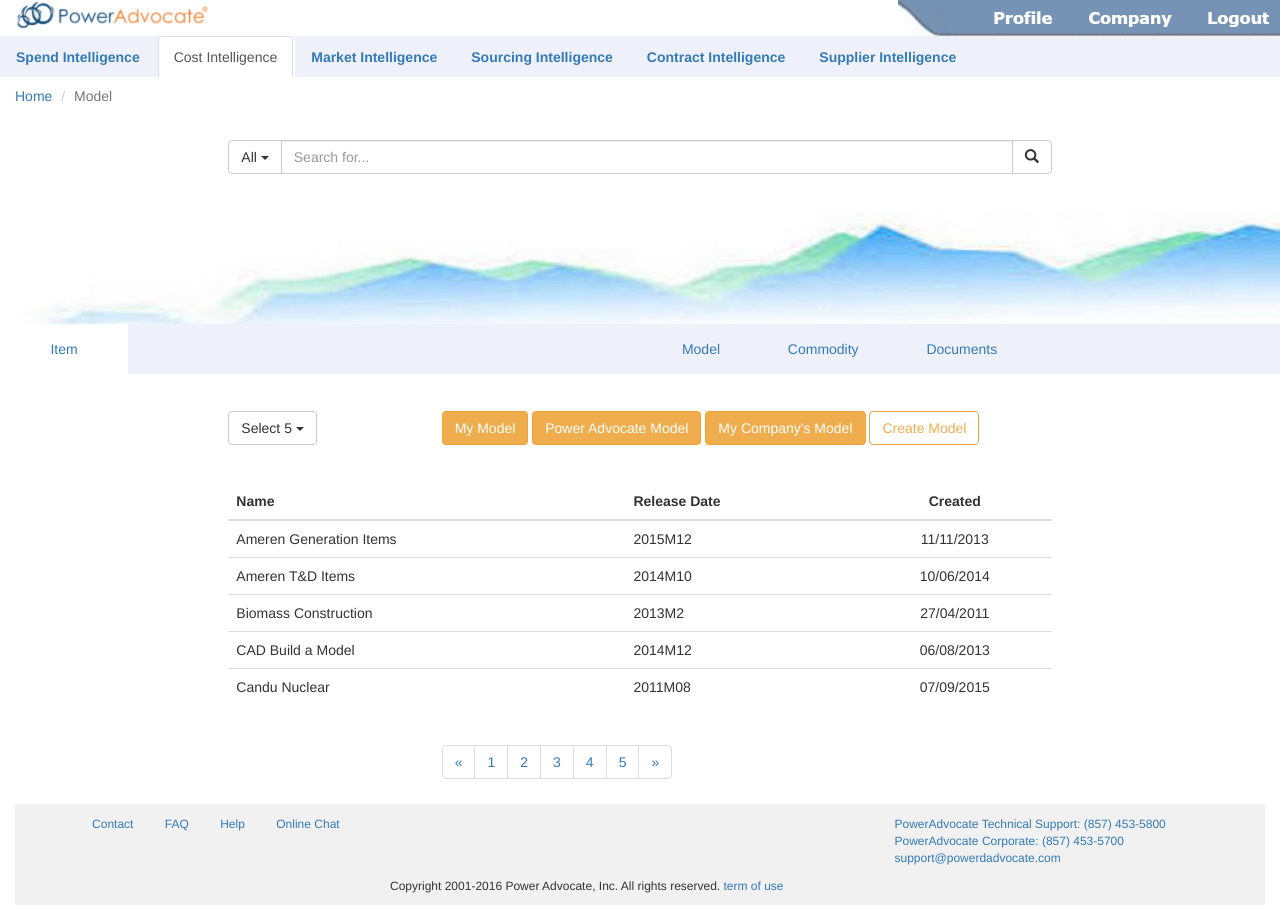
Repository: SamiraMansouri/PowerAdvocate-CostIntelligence-Application-new-Design-using-UserExperience-Method-
Page: http://localhost/PowerAdvocate/WEB-INF/views/Item.jsp
The author's editor kept a copy of each file at every save. The page is drawn from the files as they stood at one save, then again after the next save.
The browser window is 1280 px wide. The pictures show the whole page.
The page is served by Tomcat 9. Nobody is signed in. The template is opened directly, without the code that normally fills it, so the values that code supplies are empty.

Above is the page before, as saved 2016-04-25 01:51:25.

After the next save:
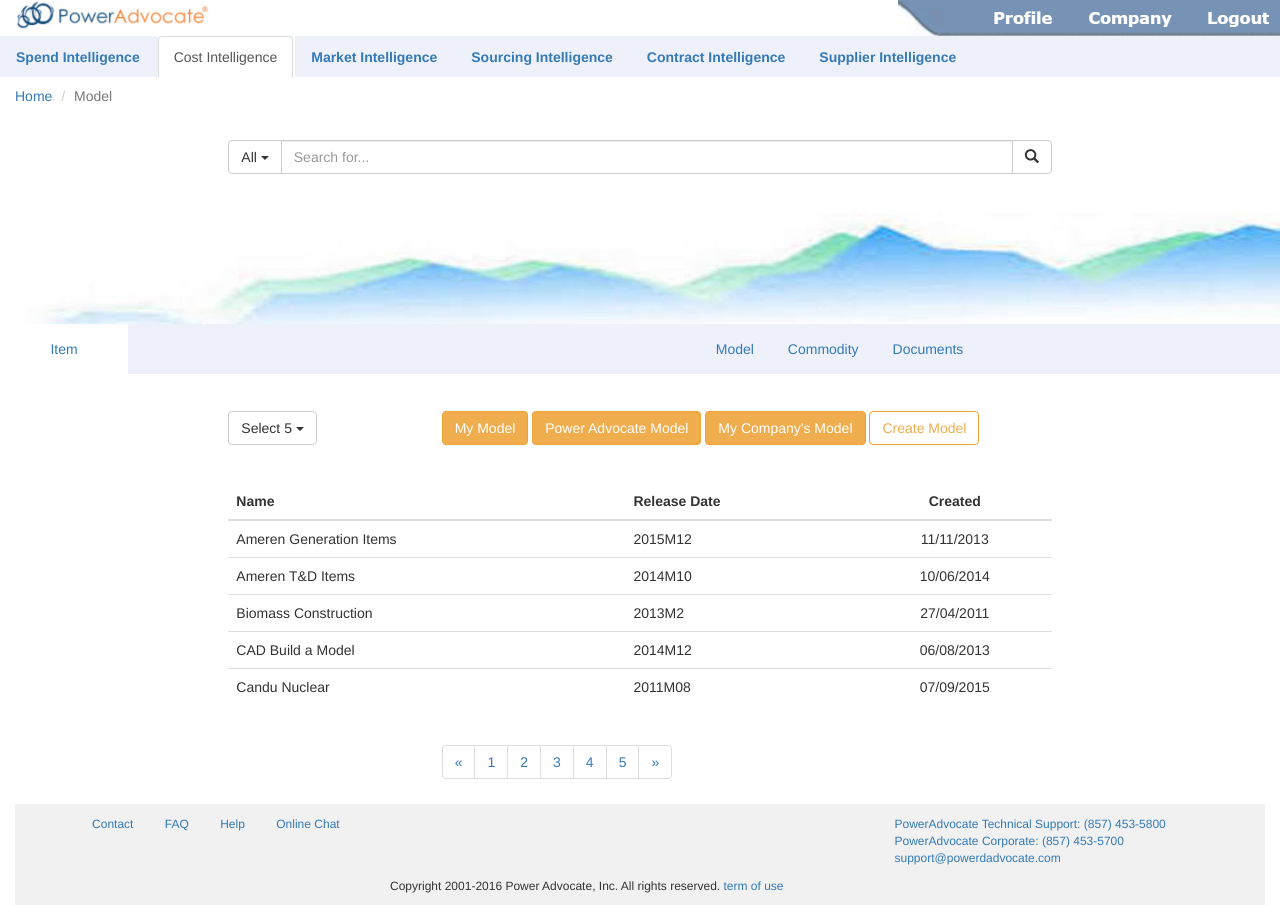
Saved 30 s later.
--- a/PowerAdvocate-Prototype/PowerAdvocate/src/main/webapp/WEB-INF/views/Item.jsp
+++ b/PowerAdvocate-Prototype/PowerAdvocate/src/main/webapp/WEB-INF/views/Item.jsp
@@ -209,10 +209,8 @@
 				<li><a href="#"></a></li>
 					<li style="width=10%"><a href="#">Model</a></li>
 					<li class="pull-left active" style="width:10%"><a href="/prototype/Item">Item</a></li>
-									<li><a href="#"></a></li>
-					<li><a href="/prototype/Commodity">Commodity</a></li>
-									<li><a href="#"></a></li>
-					<li><a href="/prototype/Documents">Documents</a></li>
+					<li><a href="/prototype/Commodity" style="width:10%">Commodity</a></li>
+					<li><a href="/prototype/Documents" style="width:10%">Documents</a></li>
 									<li><a href="#"></a></li>
 				</ul>
 			</div>

After the 2 saves that followed:
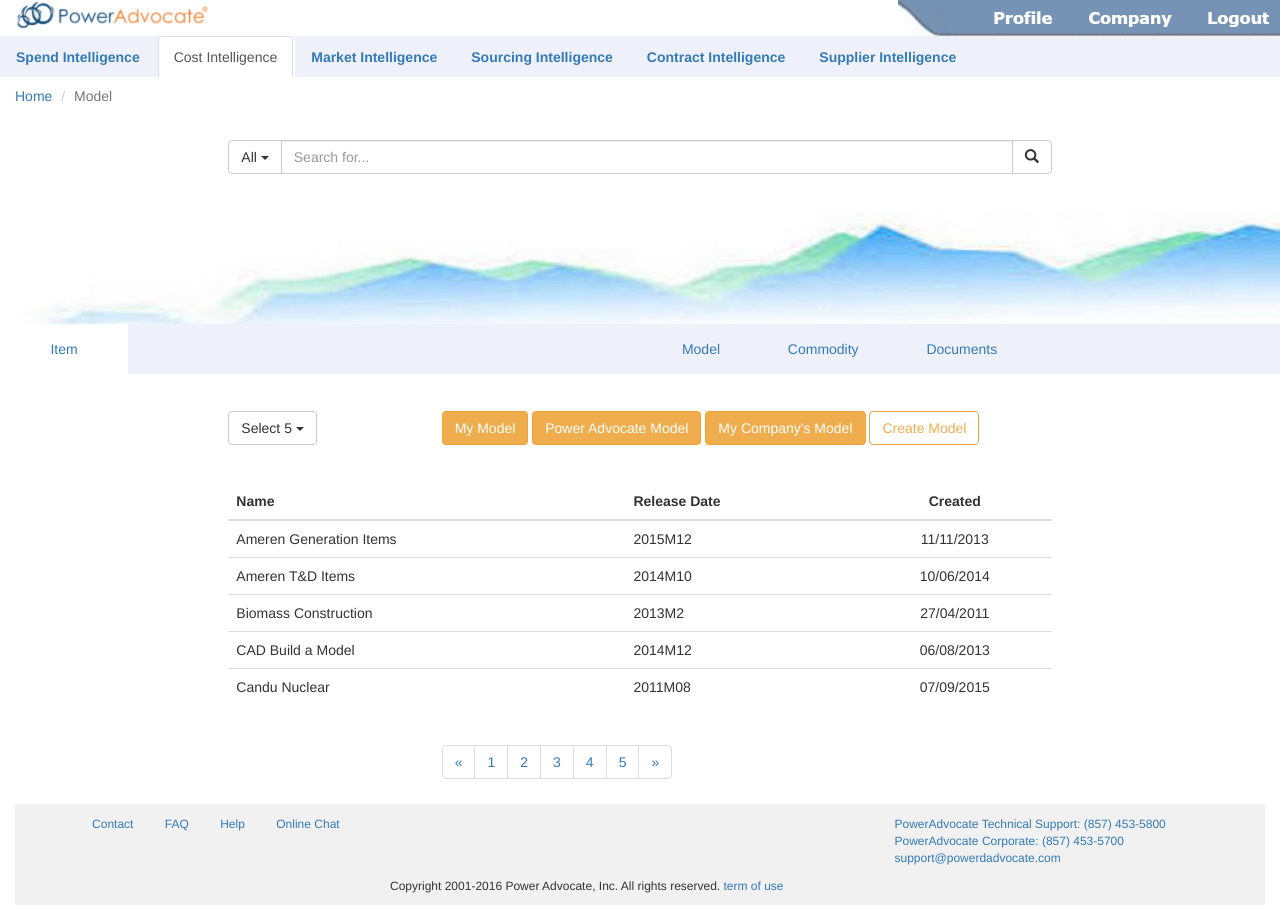
The 2 saves are shown as one change because 1 left the picture as it was.
The last was saved 16 s later.
--- a/PowerAdvocate-Prototype/PowerAdvocate/src/main/webapp/WEB-INF/views/Item.jsp
+++ b/PowerAdvocate-Prototype/PowerAdvocate/src/main/webapp/WEB-INF/views/Item.jsp
@@ -209,7 +209,9 @@
 				<li><a href="#"></a></li>
 					<li style="width=10%"><a href="#">Model</a></li>
 					<li class="pull-left active" style="width:10%"><a href="/prototype/Item">Item</a></li>
+									<li><a href="#"></a></li>
 					<li><a href="/prototype/Commodity" style="width:10%">Commodity</a></li>
+									<li><a href="#"></a></li>
 					<li><a href="/prototype/Documents" style="width:10%">Documents</a></li>
 									<li><a href="#"></a></li>
 				</ul>
